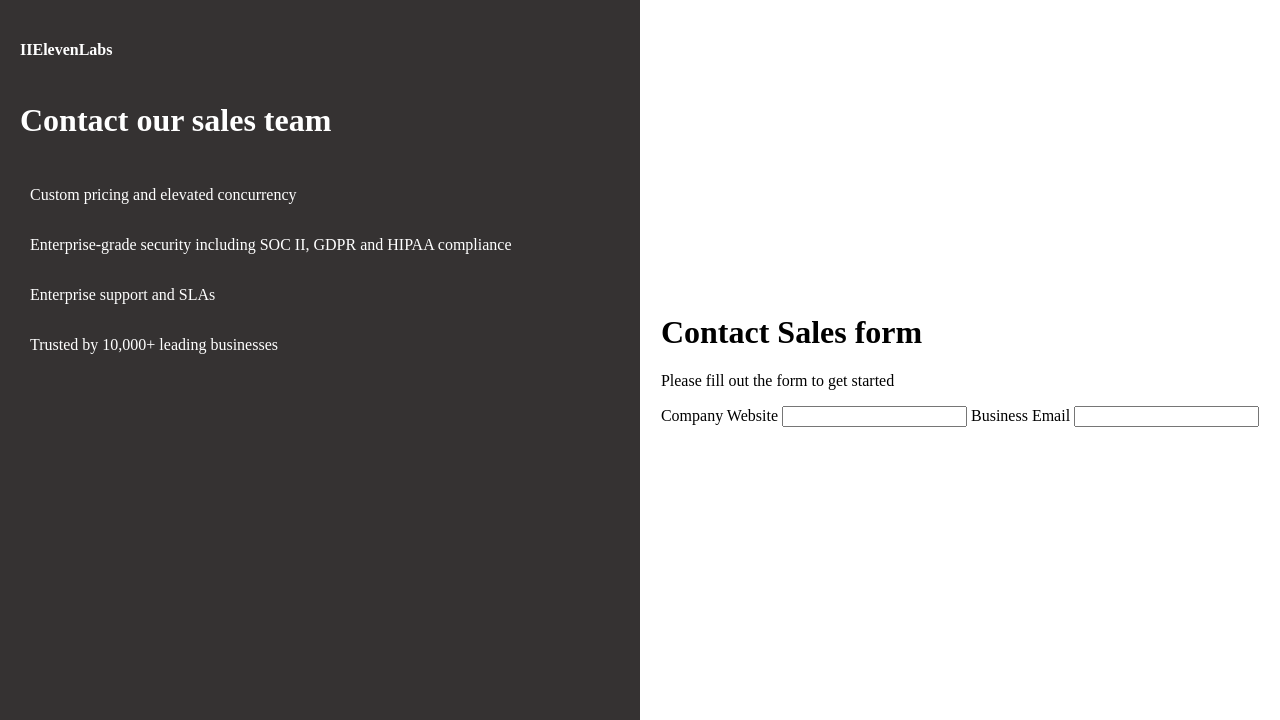
Repository: RohanSai22/harkirat-cohort-learnings
Page: Web/w1_a2.html
These files come from the project's save history. The page is drawn as it stood at one moment and after the next save; the edit follows.
The browser window is 1280 px wide. The pictures show the whole page.

Above is the page before, as saved 2026-03-24 12:16:47.

### Web/w1_a2.html
<html>
    <head>
        <title>Eleven Labs : Sales Page </title>
    </head>
    <body style="margin:0; padding:0">
        <div style ="min-height: 100vh; display: flex;">
            <div style="flex:1;background-color: rgb(53, 50, 50); color: white">
                <div style="display:flex;justify-content: space-between; flex-direction: column; margin: 20px;">
                    <h4>IIElevenLabs</h4>
                    <h1>Contact our sales team</h1>
                    <div style="display: flex; justify-content: space-evenly; flex-direction: column;margin:10px;">
                        <p>Custom pricing and elevated concurrency</p>
                        <p>Enterprise-grade security including SOC II, GDPR and HIPAA compliance</p>
                        <p>Enterprise support and SLAs</p>
                        <p>Trusted by 10,000+ leading businesses</p>
                    </div>
                </div>
            </div>
            <div style="flex:1;background-color: white;">
                 <div style="min-height:100vh; display: flex; justify-content: center; align-items: center;">
                    <div>
                        <h1>Contact Sales form</h1>
                        <p>Please fill out the form to get started</p>
                        <label>Company Website</label>
                        <input type="url" aria-placeholder="https:www.cognitia.com">
                        <label>Business Email</label>
                        <input type="email" aria-placeholder="cognitia@gmail.com"/>
                    </div>
                 </div>
            </div>
        </div>
    </body>
</html>

After the next save:
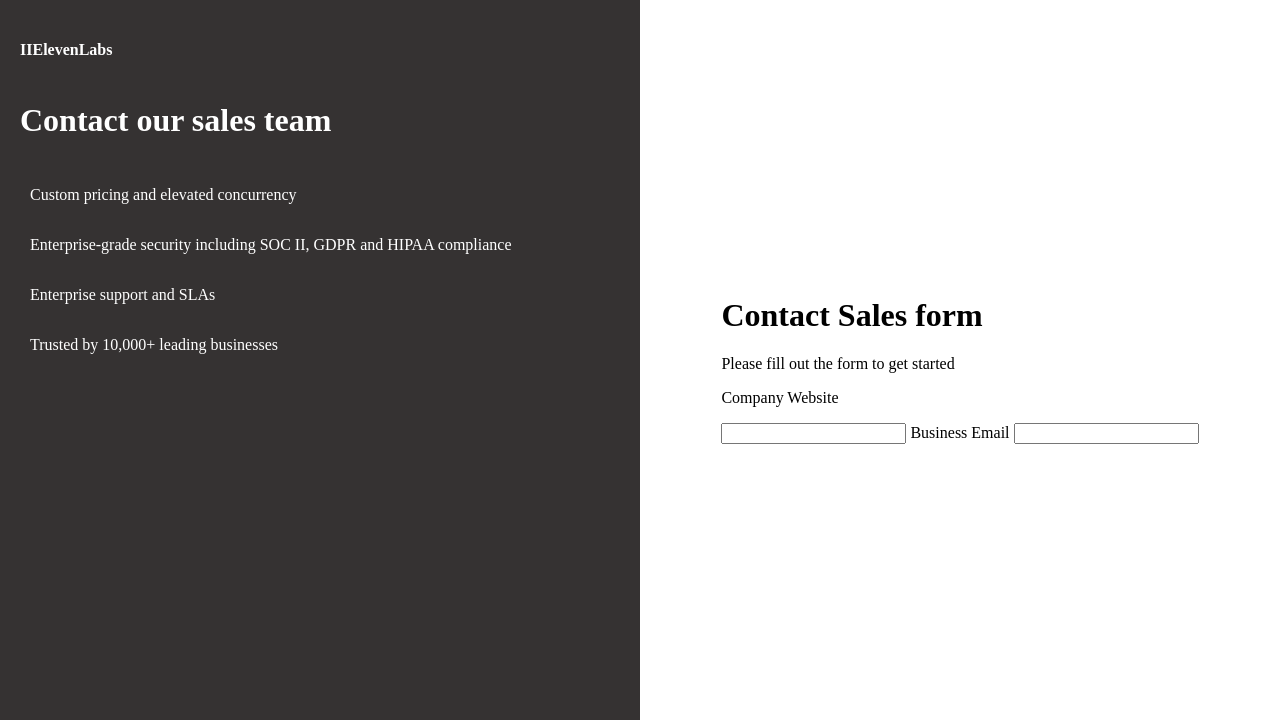
Saved 21 s later.
--- a/Web/w1_a2.html
+++ b/Web/w1_a2.html
@@ -21,7 +21,7 @@
                     <div>
                         <h1>Contact Sales form</h1>
                         <p>Please fill out the form to get started</p>
-                        <label>Company Website</label>
+                        <p>Company Website</p>
                         <input type="url" aria-placeholder="https:www.cognitia.com">
                         <label>Business Email</label>
                         <input type="email" aria-placeholder="cognitia@gmail.com"/>
